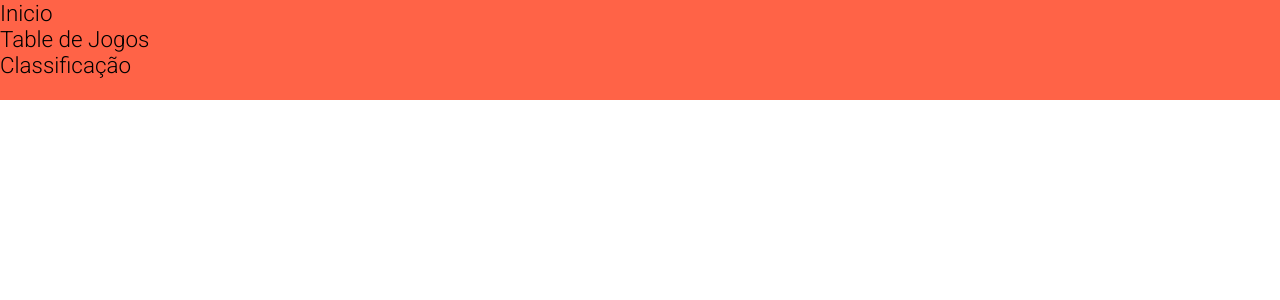
Repository: mayconndouglass/cup-simulator
Page: initial_page.html
These files come from the project's save history. The page is drawn as it stood at one moment and after the next save; the edit follows.
The browser window is 1280 px wide. The pictures show the whole page.

Above is the page before, as saved 2023-01-04 10:48:15.

After the next save:
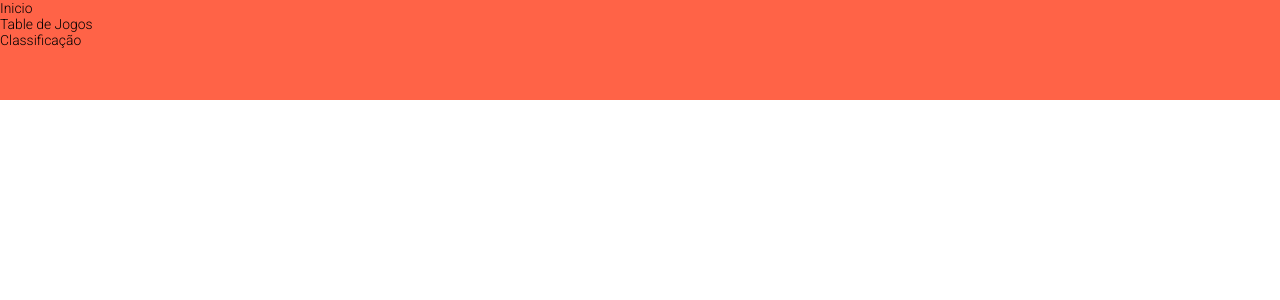
Saved 85 s later.
--- a/css/initial_page.css
+++ b/css/initial_page.css
@@ -5,6 +5,10 @@
   margin: 0;
   box-sizing: border-box;
   list-style: none;
+}
+
+:root {
+  font-size: 62%;
 }
 
 body {
